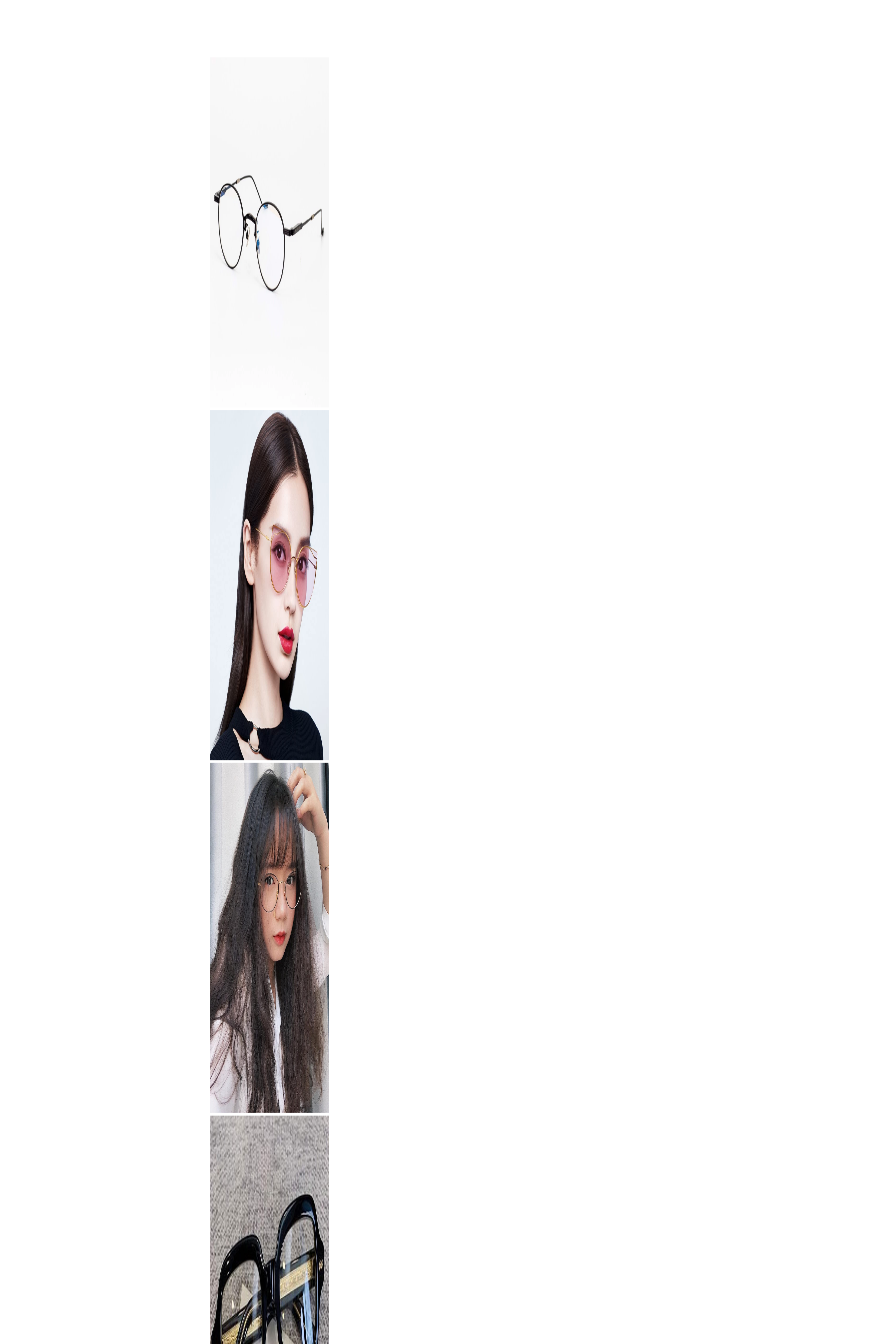
Repository: Cupid123588/Assignment
Page: bt2.html
The author's editor kept a copy of each file at every save. The page is drawn from the files as they stood at one save, then again after the next save.
The browser window is 1280 px wide. The pictures show the part of the page from y = 2167 to 4087 px (the page is 4591 px tall before and 4609 px after), at 70% of full size.

Above is the page before, as saved 2022-10-18 16:13:49.

After the next save:
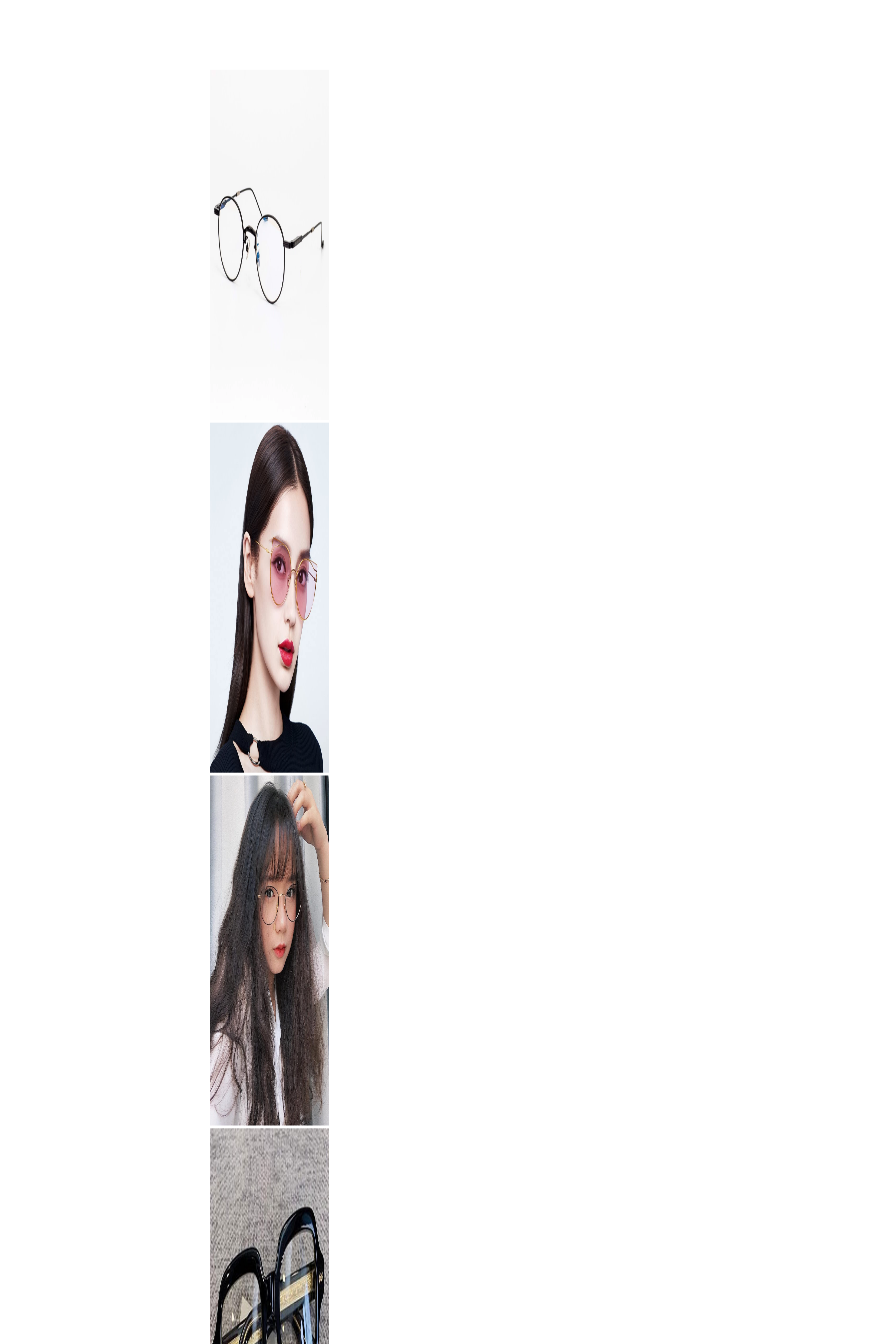
Saved 110 s later.
--- a/bt2.html
+++ b/bt2.html
@@ -56,11 +56,19 @@
     <div class="mtp">
         <div class="mt">
             <img class="mtp1" src="./EWViqEvWsAEmVYW.jpg" alt="" width="200" height="500">
+        </div>
+        <div class="mt">
             <img class="mtp1" src="./-gongkinh-gmsid-23900151_2edce8f3f349451496e03afc6b79ac8c_master.webp" alt="" width="150" height="500">
+        </div>
+        <div class="mt">
             <img class="mtp1" src="./724455ee-0a0b-4879-9e60-a1ffa4dc0d13.jpeg" alt="" width="200" height="500">
+        </div>
+        <div class="mt">
             <img class="mtp1" src="./83438_t1__51-18-149_tem1560_702233e94cc54b94b846a3a1c95b9a0a_master.webp" alt="" width="200" height="500">
-            <br>
         </div>
+
+        <br>
+
 
     </div>
     <div class="mtp">
